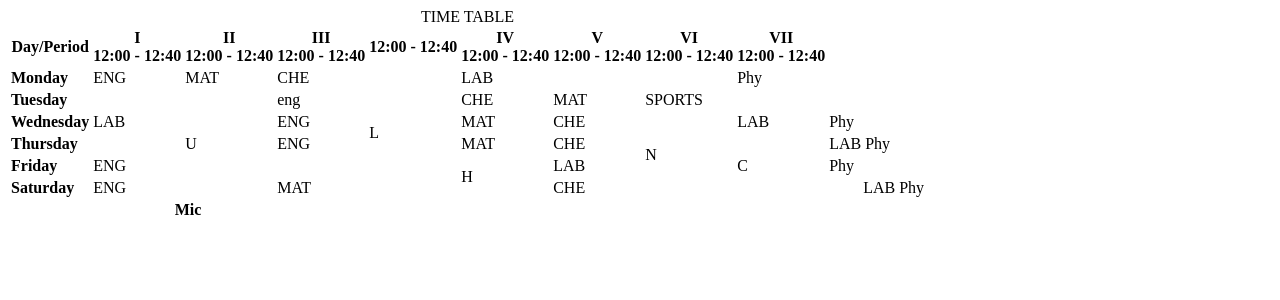
Repository: MicTomm/corso-frontend
Page: HTML/tabella/index.html
These files come from the project's save history. The page is drawn as it stood at one moment and after the next save; the edit follows.
The browser window is 1280 px wide. The pictures show the whole page.

Above is the page before, as saved 2023-11-07 16:38:49.

After the next save:
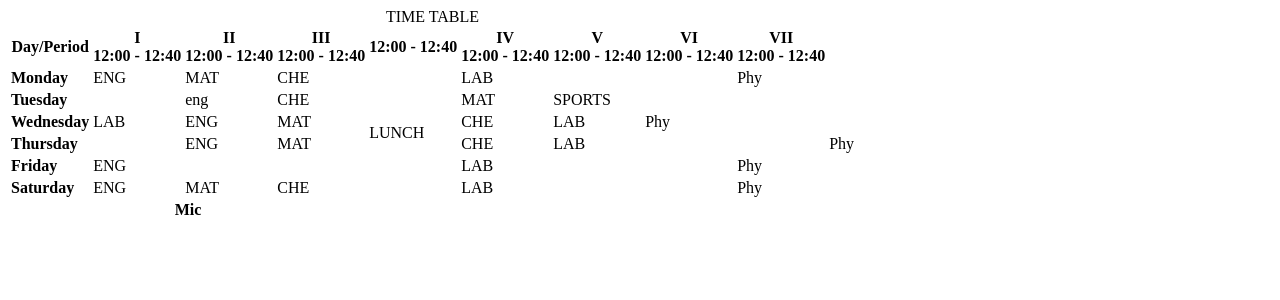
Saved 81 s later.
--- a/HTML/tabella/index.html
+++ b/HTML/tabella/index.html
@@ -30,14 +30,13 @@
         <td>ENG</td>
         <td>MAT</td>
         <td>CHE</td>
-        <td rowspan="6">L</td>
+        <td rowspan="6">LUNCH</td>
         <td colspan="3">LAB</td>
         <td>Phy</td>
       </tr>
       <tr>
         <td><b>Tuesday</b></td>
         <td rowspan="3">LAB</td>
-        <td rowspan="6">U</td>
         <td>eng</td>
         <td>CHE</td>
         <td>MAT</td>
@@ -48,7 +47,6 @@
         <td>ENG</td>
         <td>MAT</td>
         <td>CHE</td>
-        <td rowspan="6">N</td>
         <td>LAB</td>
         <td colspan="3">Phy</td>
       </tr>
@@ -57,14 +55,12 @@
         <td>ENG</td>
         <td>MAT</td>
         <td>CHE</td>
-        <td rowspan="6">C</td>
         <td colspan="3">LAB</td>
         <td>Phy</td>
       </tr>
       <tr>
         <td><b>Friday</b></td>
         <td colspan="3">ENG</td>
-        <td rowspan="6">H</td>
         <td colspan="3">LAB</td>
         <td>Phy</td>
       </tr>
@@ -73,7 +69,6 @@
         <td>ENG</td>
         <td>MAT</td>
         <td>CHE</td>
-        <td rowspan="6"></td>
         <td colspan="3">LAB</td>
         <td>Phy</td>
       </tr>
